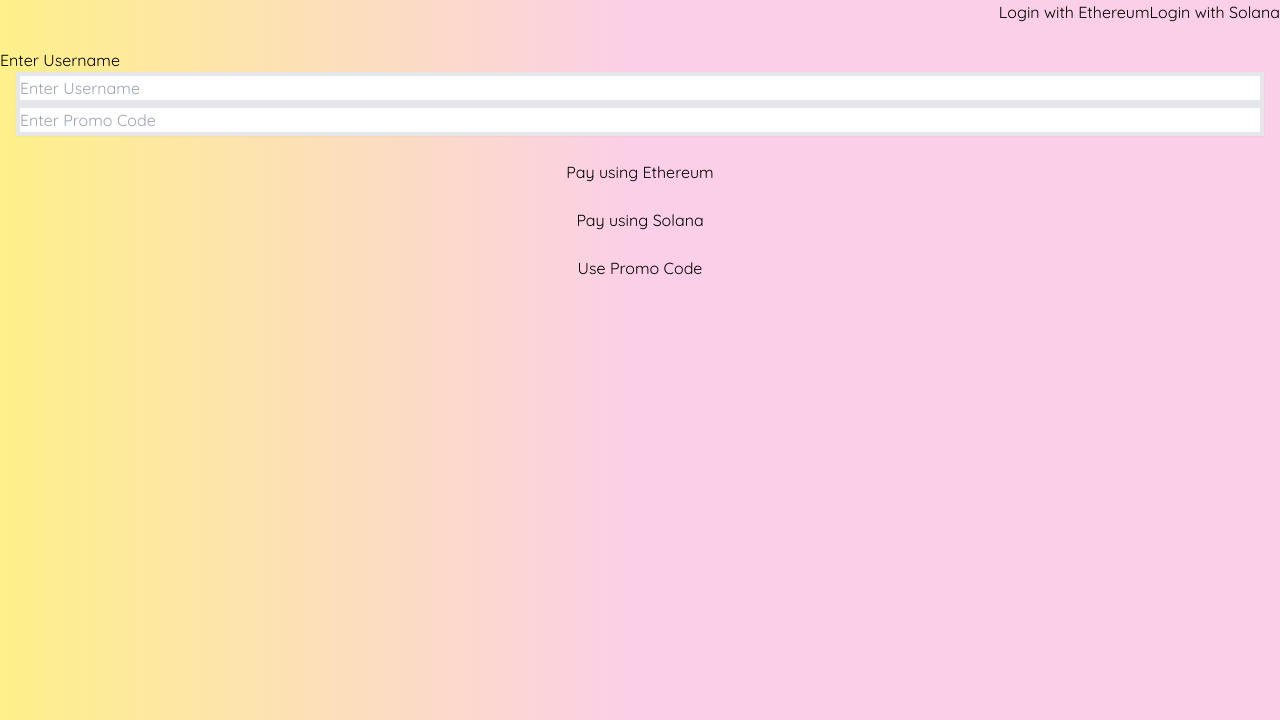
Repository: 22shivam/Polychain
Page: / (app in frontend/)
An editor plug-in stored every save of this project. The page is shown before and after the next save, followed by the edit.
The browser window is 1280 px wide. The pictures show the whole page.
The page's requests for data from a server got no answer. The project was rebuilt for these pictures with package versions that can differ from the ones it lists, and the page was loaded fresh each time. The framework's server and built-in components were replaced by stand-ins that run in the browser. No one was signed in, and anything a server would have sent is missing. Also part of the build but not shown: frontend/next.config.js.

Above is the page before, as saved 2022-01-01 11:38:18.

After the next save:
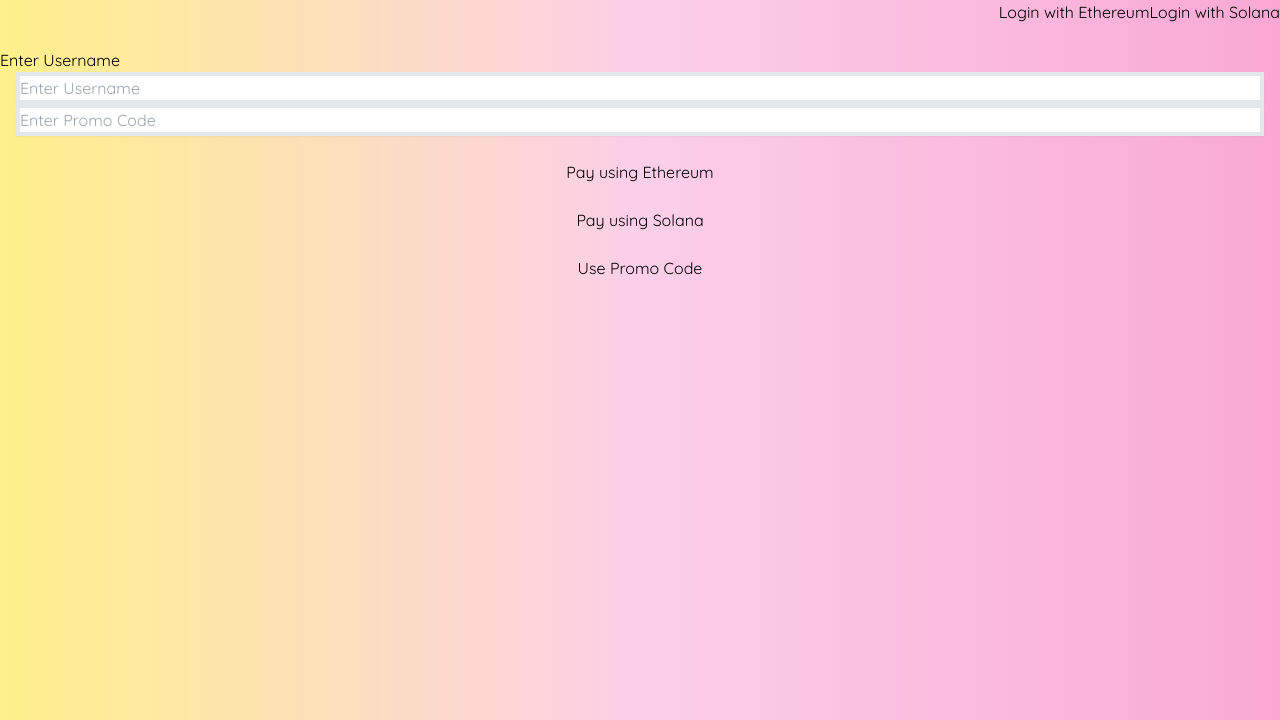
Saved 6 s later.
--- a/frontend/pages/_document.js
+++ b/frontend/pages/_document.js
@@ -9,7 +9,7 @@ class MyDocument extends Document {
                     <link rel="preconnect" href="https://fonts.gstatic.com" crossorigin />
                     <link href="https://fonts.googleapis.com/css2?family=Quicksand:wght@300;400;500;600;700&display=swap" rel="stylesheet" />
                 </Head>
-                <body className='bg-gradient-to-r from-yellow-200 via-pink-200 to-pink-200'>
+                <body className='bg-gradient-to-r from-yellow-200 via-pink-200 to-pink-300'>
                     <Main />
                     <NextScript />
                 </body>
